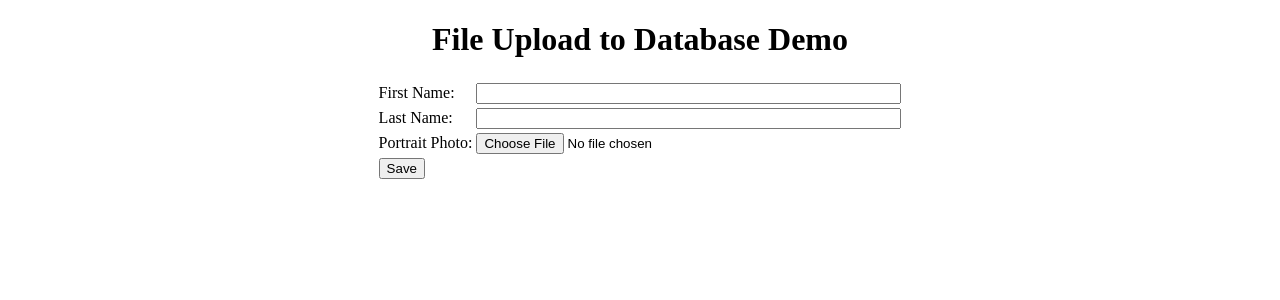
Repository: jungmintaeng/mini-ucampus
Page: http://localhost/ucam/UpSetting.jsp
An editor plug-in stored every save of this project. The page is shown before and after the next save, followed by the edit.
The browser window is 1280 px wide. The pictures show the whole page.
The page is served by Tomcat 9.

Above is the page before, as saved 2016-06-11 03:38:42.

After the next save:
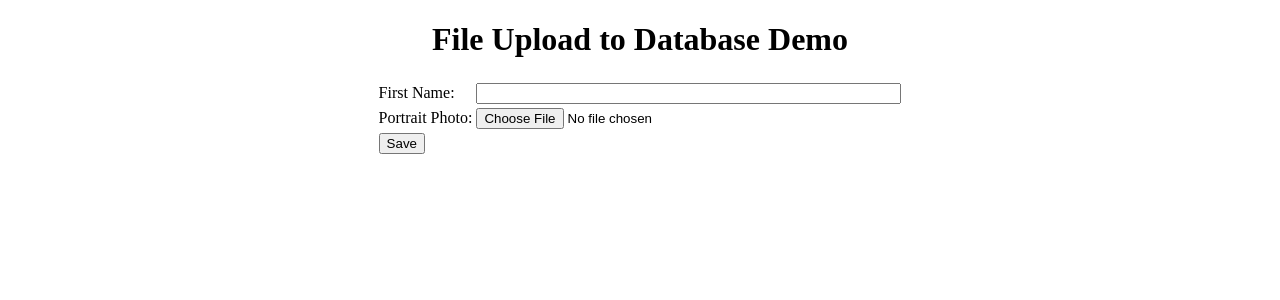
Saved 15 s later.
--- a/ucam/WebContent/UpSetting.jsp
+++ b/ucam/WebContent/UpSetting.jsp
@@ -14,11 +14,7 @@
             <table border="0">
                 <tr>
                     <td>First Name: </td>
-                    <td><input type="text" name="firstName" size="50"/></td>
-                </tr>
-                <tr>
-                    <td>Last Name: </td>
-                    <td><input type="text" name="lastName" size="50"/></td>
+                    <td><input type="text" name="fileName" size="50"/></td>
                 </tr>
                 <tr>
                     <td>Portrait Photo: </td>
